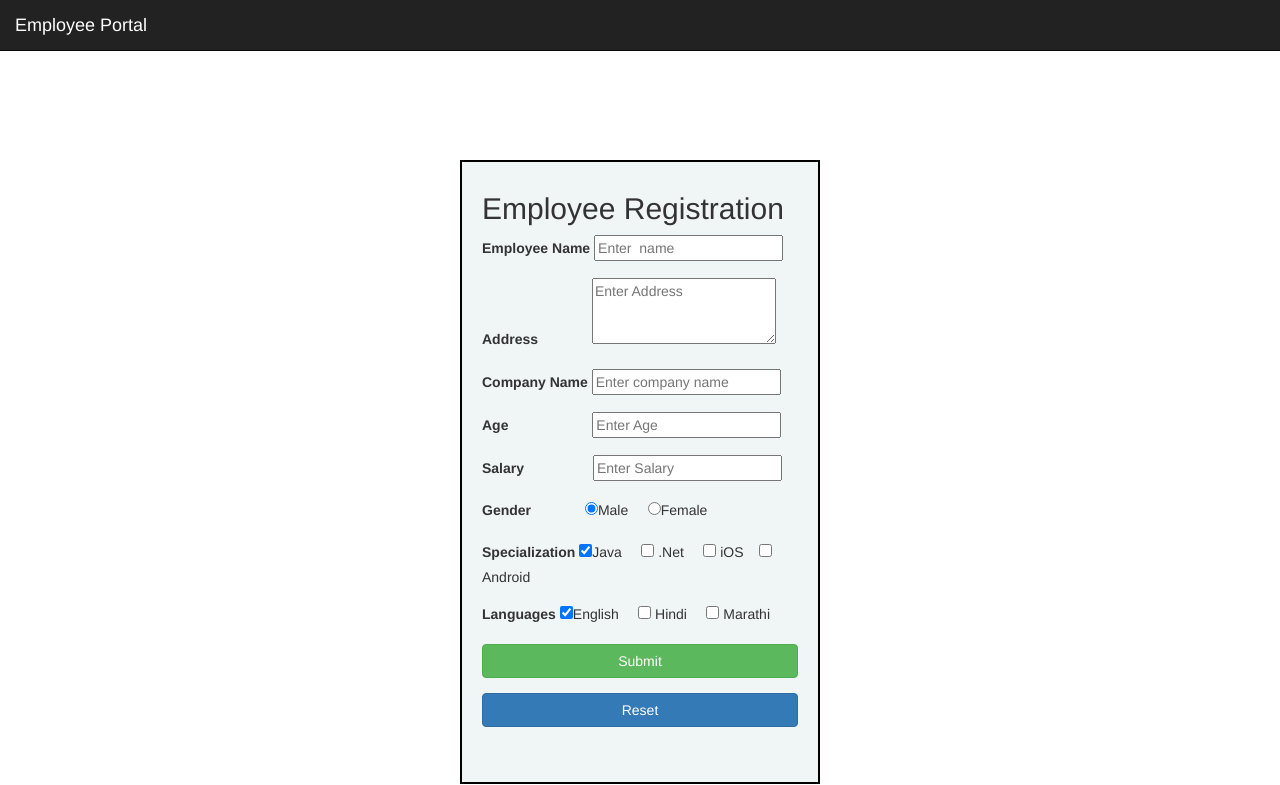
Repository: jagdishpatil18/JavaAdv
Page: http://localhost/EmployeePortal/Employee
An editor plug-in stored every save of this project. The page is shown before and after the next save, followed by the edit.
The browser window is 1280 px wide. The pictures show the whole page.
Some web libraries are served in a nearby version. The page is served by Tomcat 9. Other server files are loaded and not shown.

Above is the page before, as saved 2017-05-26 14:37:08.

### EmployeePortal/EmployeePortal/WebContent/newempreg.jsp
<%@ page language="java" contentType="text/html; charset=UTF-8"
    pageEncoding="UTF-8"%>
<!DOCTYPE html PUBLIC "-//W3C//DTD HTML 4.01 Transitional//EN" "http://www.w3.org/TR/html4/loose.dtd">

 <%@ include file = "header.jsp" %>
<%--  <% if(session.getAttribute("userid")!=null) { %>
<li class="hlid"><a href="EmployeeDetails" style="padding-left: 30px">EmployeeDetails</a><br></li>
<%} %>
</ul>
</div>  --%>

<html>
<head>
<meta http-equiv="Content-Type" content="text/html; charset=UTF-8">
 <meta name="viewport" content="width=device-width, initial-scale=1">

<title>EmployeePortal</title>
<link rel="stylesheet" href="https://maxcdn.bootstrapcdn.com/bootstrap/3.3.7/css/bootstrap.min.css">

<!-- jQuery library -->
<script src="https://ajax.googleapis.com/ajax/libs/jquery/3.2.1/jquery.min.js"></script>

<!-- Latest compiled JavaScript -->
<script src="https://maxcdn.bootstrapcdn.com/bootstrap/3.3.7/js/bootstrap.min.js"></script>


<script type="text/javascript">


function validateemp()
{

	var fullname=document.getElementById('ename').value;
	var name = /^[a-zA-Z  ]+$/;

 	if(fullname.length==null ||!name.test(fullname))
 	{
 		alert("Enter Name which contains only alphabets ");
 		return false;

 	}
 	if($('#eadd').val()==null || $('#eadd').val()=="")
  	{
		 alert("Please Enter Address");
		 return false;
     }

 	if($('#cname').val()==null || $('#cname').val()=="")
  	{
		 alert("Please Enter Company name");
		 return false;
     }

 	var eage=document.getElementById('num').value;

 	if($('#num').val()>100 || $('#num').val()<1)
 	{
 		alert("Enter valid age");
 		return false;

 	}
 	var esall=document.getElementById('num1').value;
 	if($('#num1').val()>1000 || $('#num1').val()<0)
 	{
 		alert("Enter valid salary (0-1000)");
 		return false;

 	}

 	var spec=document.empregstn.specialization;
 	for(var i=0;i<spec.length;i++)
 	{
 		if(spec[i].checked)
 			break;
 		else
 		alert("Please select Specialization");
 		return false;
 	}

 	var laung=document.empregstn.language;
 	for(var i=0;i<laung.length;i++)
 	{
 		if(laung[i].checked)
 			break;
 		else
 		alert("Please select Language");
 		return false;
 	}

}

</script>
<style type="text/css">

.container{
margin-top: 160px;

}
/* #empre{
border: 2px solid black;
} */
.empreg{
border: 2px solid black;
background-color: #f0f5f5;
padding-bottom: 40px;
padding-top: 10px;
padding-left: 20px;
padding-right: 20px;
}


</style>
</head>
<!-- ................................................
<body>
<%-- <nav class="navbar navbar-inverse navbar-fixed-top">
	<div class="container-fluid">
		<div class="navbar-header">
			<a class="navbar-brand" >Employee Portal</a>
		</div>
	<!-- 	<div class="collapse navbar-collapse"> -->
		<ul class="nav navbar-nav">
			<%if(session.getAttribute("userid")!=null) {%>
			<li><a href="EmployeeDetails">EmployeeDetails</a></li>
			<%} %>



		</ul>

		<ul class="nav navbar-nav navbar-right">


			<%if(session.getAttribute("userid")!=null){%>
			<li ><form action="Logout" method="post"  class="logout">
            <input id="hlogout" type="submit" value="Logout" class="btn btn-primary">
            <% }%>
		</ul>
	<!-- 	</div> -->
	</div>
	</nav> --%>


<div class="container" 	>
<div class="row">
<div class="col-lg-4 col-md-3 col-sm-2"></div>

<div class="col-lg-4 col-md-6 col-sm-8">
<form action="EmployeeForm"method="post" onsubmit="return validateemp()" class="empreg">
		<h2> Employee Registration</h2>

			<table >
			  <tr>
			   <td><b>Employee Name </b></td>
			   <td><input type="text" id="ename" placeholder="Enter  name" name="name" required></td>
			  </tr>
			<tr>
			<td><b>Address </b></td>
			<td> <textarea  rows="3" id="eadd"  placeholder="Enter Address" name="address" required  ></textarea>
			</td></tr>
			<tr>
			<td><b>Company Name </b></td>
			<td> <input type="text" id="cname" placeholder="Enter company name" name="company" required ></td>
			</tr>
			<tr>
				<td><b>Age</b></td>
				<td><input type="number" id="num"placeholder="Enter Age" name="age" required></td>
			</tr>
			<tr>
				<td><b>Salary</b><br>(in lacs per annum)</td>
				<td><input type="number" id="num1"placeholder="Enter Salary" name="salary" required></td>
			</tr>
			<tr>
			<td><b>Gender</b></td>
			<td><input type="radio" name="gender" value="male"  checked>Male &nbsp &nbsp
				<input type="radio" name="gender" value="female">Female
			</td>
			</tr>
			<tr >
			<td><b>Specialization </b></td>
			<td ><input type="checkbox" id="spe" value="java" name="specialization">Java &nbsp &nbsp
			<input type="checkbox" id="spe"  value=".net" name="specialization"> .Net &nbsp &nbsp
			<input type="checkbox" id="spe"  value="ios" name="specialization"> iOS&nbsp &nbsp
			<input type="checkbox" id="spe"  value="android" name="specialization"> Android &nbsp &nbsp
			</td>
			</tr>

			<tr>
			<td><b>Languages Known</b></td>
			<td><input type="checkbox" name="language" value="English" >English &nbsp &nbsp
			<input type="checkbox" name="language" value="Hindi"> Hindi &nbsp &nbsp
			<input type="checkbox" name="language" value="Marathi"> Marathi &nbsp &nbsp
			</td>
			</tr>
			<tr><td><td><input type="submit" value="Submit"  class="btn btn-success btn-lg" >

				<input type="Reset"  value="Reset"  class="btn btn-primary btn-lg"></td></td>
			</tr>
		</table>


	</form>
</div>

<div class="col-lg-4 col-md-3 col-sm-2"></div>

</div>
</div>
</body>
</html>

........................
 -->

<body>
<div class="container">
<div class="row">
<div class="col-lg-4 col-md-3">
</div>
<div class="col-lg-4 col-md-6 col-sm-12" id="empre">

  <form action="EmployeeForm"method="post" onsubmit="return validateemp()" class="empreg" name="empregstn">

  <h2> Employee Registration</h2>
    <div class="form-group">
      <label  >Employee Name</label>
      <input type="text" id="ename" placeholder="Enter  name" name="name" required>
    </div>

    <div class="form-group">
      <label id="addid" >Address</label>
       <textarea  rows="3" id="eadd"  placeholder="Enter Address" name="address" required   style="margin-left:50px"></textarea>
    </div>

    <div class="form-group">
      <label  >Company Name</label>
     <input type="text" id="cname" placeholder="Enter company name" name="company" required >
    </div>
     <div class="form-group">
      <label >Age</label>
      <input type="number" id="num"placeholder="Enter Age" name="age" required style="margin-left:80px">
    </div>
    <div class="form-group">
      <label >Salary</label>
      <input type="number" id="num1"placeholder="Enter Salary" name="salary" required style="margin-left:65px">
    </div>
    <div class="form-group">
      <label >Gender</label>
      <input type="radio" name="gender" value="male"  checked style="margin-left:50px">Male &nbsp &nbsp
				<input type="radio" name="gender" value="female">Female
    </div>

    <div class="form-group">
      <label >Specialization</label>
     <input type="checkbox" id="spe" value="java" name="specialization" checked>Java &nbsp &nbsp
			<input type="checkbox" id="spe"  value=".net" name="specialization"> .Net &nbsp &nbsp
			<input type="checkbox" id="spe"  value="ios" name="specialization"> iOS&nbsp &nbsp
			<input type="checkbox" id="spe"  value="android" name="specialization"> Android &nbsp &nbsp
    </div>
    <div class="form-group">
      <label >Languages</label>
      <input type="checkbox" name="language" value="English" checked>English &nbsp &nbsp
			<input type="checkbox" name="language" value="Hindi"> Hindi &nbsp &nbsp
			<input type="checkbox" name="language" value="Marathi"> Marathi &nbsp &nbsp
    </div>







   <div class="form-group">
    <input type="submit" value="Submit"  class="btn btn-success btn-block" >

	</div>
	<div class="form-group">
	<input type="Reset"  value="Reset"  class="btn btn-primary btn-block">
    </div>
  </form>
</div>
</div>
<div class="col-lg-4 col-md-3 col-sm-2">
</div>
</div>
</body>
</html>

### EmployeePortal/EmployeePortal/WebContent/header.jsp
<%@ page language="java" contentType="text/html; charset=UTF-8"
    pageEncoding="UTF-8"%>
<!DOCTYPE html PUBLIC "-//W3C//DTD HTML 4.01 Transitional//EN" "http://www.w3.org/TR/html4/loose.dtd">
<html>
<head>
<meta http-equiv="Content-Type" content="text/html; charset=UTF-8">
 <meta name="viewport" content="width=device-width, initial-scale=1">

<title>EmployeePortal</title>
<link rel="stylesheet" href="https://maxcdn.bootstrapcdn.com/bootstrap/3.3.7/css/bootstrap.min.css">

<!-- jQuery library -->
<script src="https://ajax.googleapis.com/ajax/libs/jquery/3.2.1/jquery.min.js"></script>

<!-- Latest compiled JavaScript -->
<script src="https://maxcdn.bootstrapcdn.com/bootstrap/3.3.7/js/bootstrap.min.js"></script>


</head>
<body>
	<nav class="navbar navbar-inverse navbar-fixed-top">
	<div class="container-fluid">
		<div class="navbar-header">
			 <button type="button" class="navbar-toggle" data-toggle="collapse" data-target="#myNavbar">
        <span class="icon-bar"></span>
        <span class="icon-bar"></span>
        <span class="icon-bar"></span>
      </button>
			<a class="navbar-brand" >Employee Portal</a>
		</div>
	<!-- 	<div class="collapse navbar-collapse"> -->
		<div class="collapse navbar-collapse" id="myNavbar">
		<ul class="nav navbar-nav">
			<%if(session.getAttribute("userid")!=null) {%>
			<li><a href="EmployeeDetails">EmployeeDetails</a></li>
			<%} %>



		</ul>

		<ul class="nav navbar-nav navbar-right">
			<%-- <%if(session.getAttribute("userid")==null){ %>
			<li><a href="signup"><span class="glyphicon glyphicon-user"></span>Sign Up</a></li>

			<%} %>
			<%if(session.getAttribute("userid")==null){ %>
			<li><a href="login"><span class="glyphicon glyphicon-log-in"></span>Login</a></li>
			<%} %> --%>

			<%if(session.getAttribute("userid")!=null){%>
<!-- 			<li class="hli" style="float: right "><form action="Logout" method="post"  class="logout">
<input id="hlogout" type="submit" value="Logout" class="btn btn-primary">  -->
			<li><a href="Logout">Logout</a></li>
			<% }%>
		</ul>
	<!-- 	</div> -->
	</div>
	</div>
	</nav>
</body>

### EmployeePortal/EmployeePortal/src/com/bridgelab/employeeportal/Employee.java
package com.bridgelab.employeeportal;

import java.io.IOException;
import java.io.PrintWriter;

import javax.servlet.ServletException;
import javax.servlet.annotation.WebServlet;
import javax.servlet.http.HttpServlet;
import javax.servlet.http.HttpServletRequest;
import javax.servlet.http.HttpServletResponse;


@WebServlet("/Employee")
public class Employee extends HttpServlet {
	private static final long serialVersionUID = 1L;



	protected void doGet(HttpServletRequest request, HttpServletResponse response) throws ServletException, IOException
	{
		response.setContentType("text/html");
		PrintWriter printWriter=response.getWriter();
		request.getRequestDispatcher("newempreg.jsp").forward(request, response);
	}


}

After the next save:
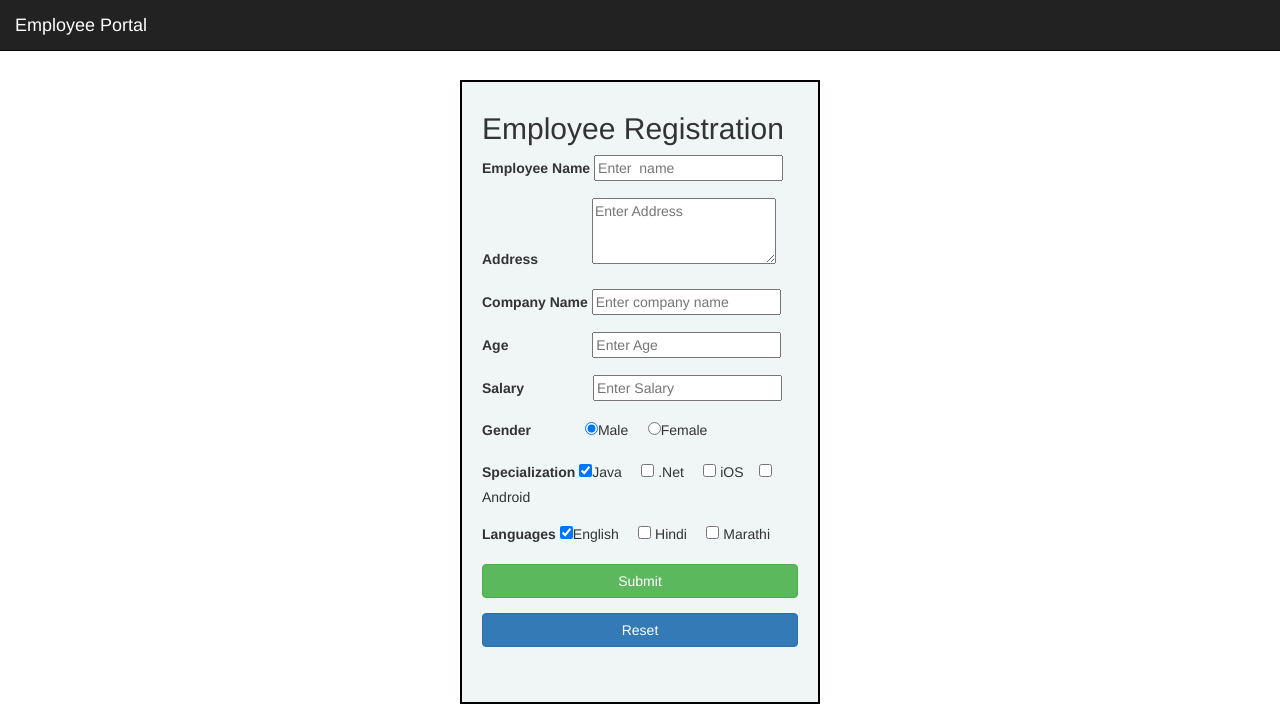
Saved 65 s later.
--- a/EmployeePortal/EmployeePortal/WebContent/newempreg.jsp
+++ b/EmployeePortal/EmployeePortal/WebContent/newempreg.jsp
@@ -93,7 +93,7 @@ function validateemp()
 <style type="text/css">
 
 .container{
-margin-top: 160px;
+margin-top: 80px;
 
 }
 /* #empre{
